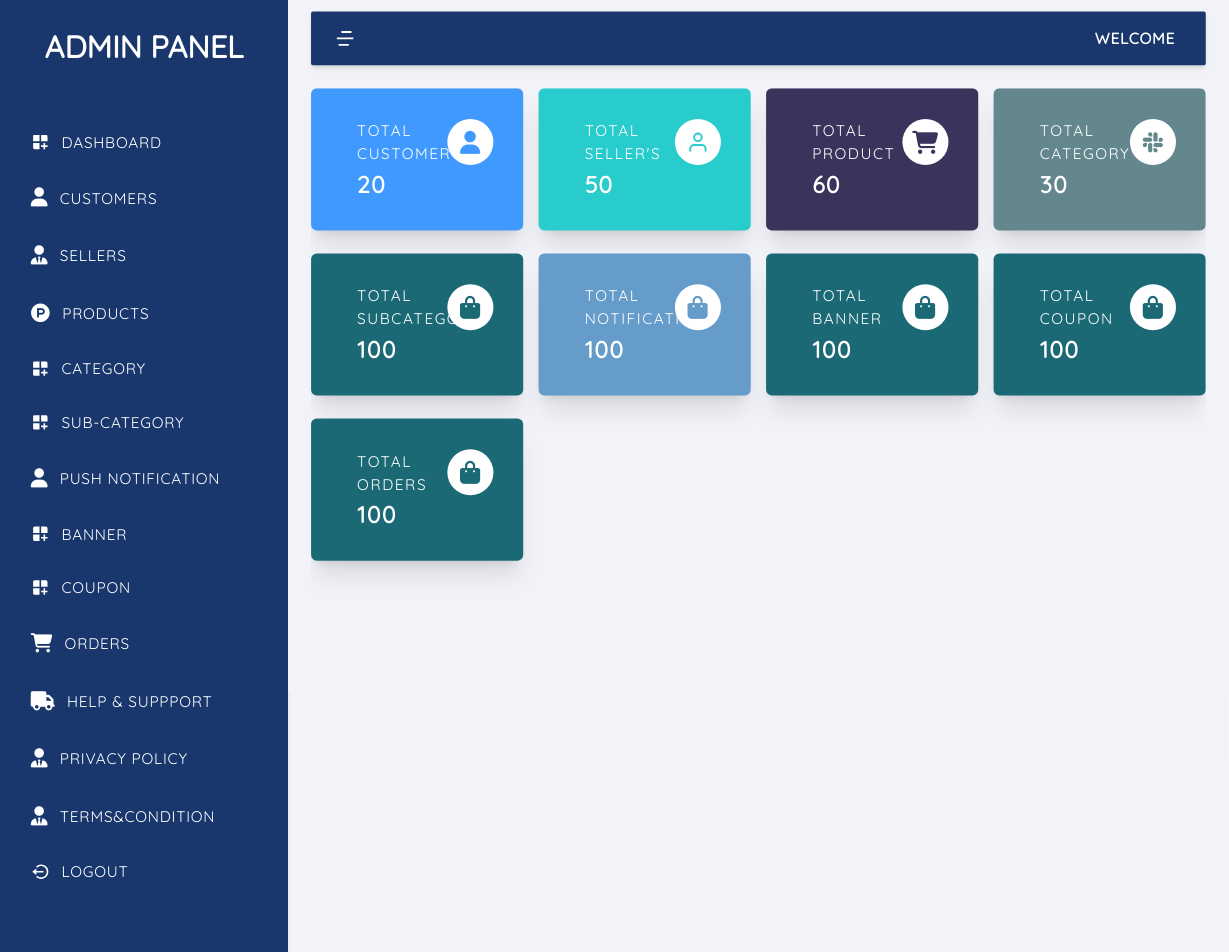
Repository: shishpal2000/admin.aschpro
Page: /dashboard
These files come from the project's save history. The page is drawn as it stood at one moment and after a run of saves; the edit follows.
The browser window is 1280 px wide. The pictures show the whole page, at 96% of full size.
Some web libraries are served in a nearby version. The project was rebuilt for these pictures with package versions that can differ from the ones it lists, and the page was loaded fresh each time. Also part of the build but not shown: src/E-CommerceAdmin/forms/Login.jsx, src/E-CommerceAdmin/pages/ECategory.js, src/E-CommerceAdmin/pages/EProduct.js, src/E-CommerceAdmin/pages/EVendorList.js, src/E-CommerceAdmin/pages/EAdminOrders.js, src/E-CommerceAdmin/pages/EAdminDelivery.js, src/E-CommerceAdmin/pages/EAdminCustomer.js, src/E-CommerceAdmin/pages/ESubCategory.js and 6 more. Imported but missing from the stored project, and not drawn on this page: src/E-CommerceAdmin/pages/Complaints, src/E-CommerceAdmin/pages/Component/SpinnerComp, src/E-CommerceAdmin/pages/EAdmin, src/E-CommerceAdmin/pages/EAdminProduct, src/E-CommerceAdmin/pages/ESingleProduct, src/E-CommerceAdmin/pages/GetMeThis, src/E-CommerceAdmin/pages/HelpSupport.

Above is the page before, as saved 2023-06-28 18:05:32.

After the next 5 saves:
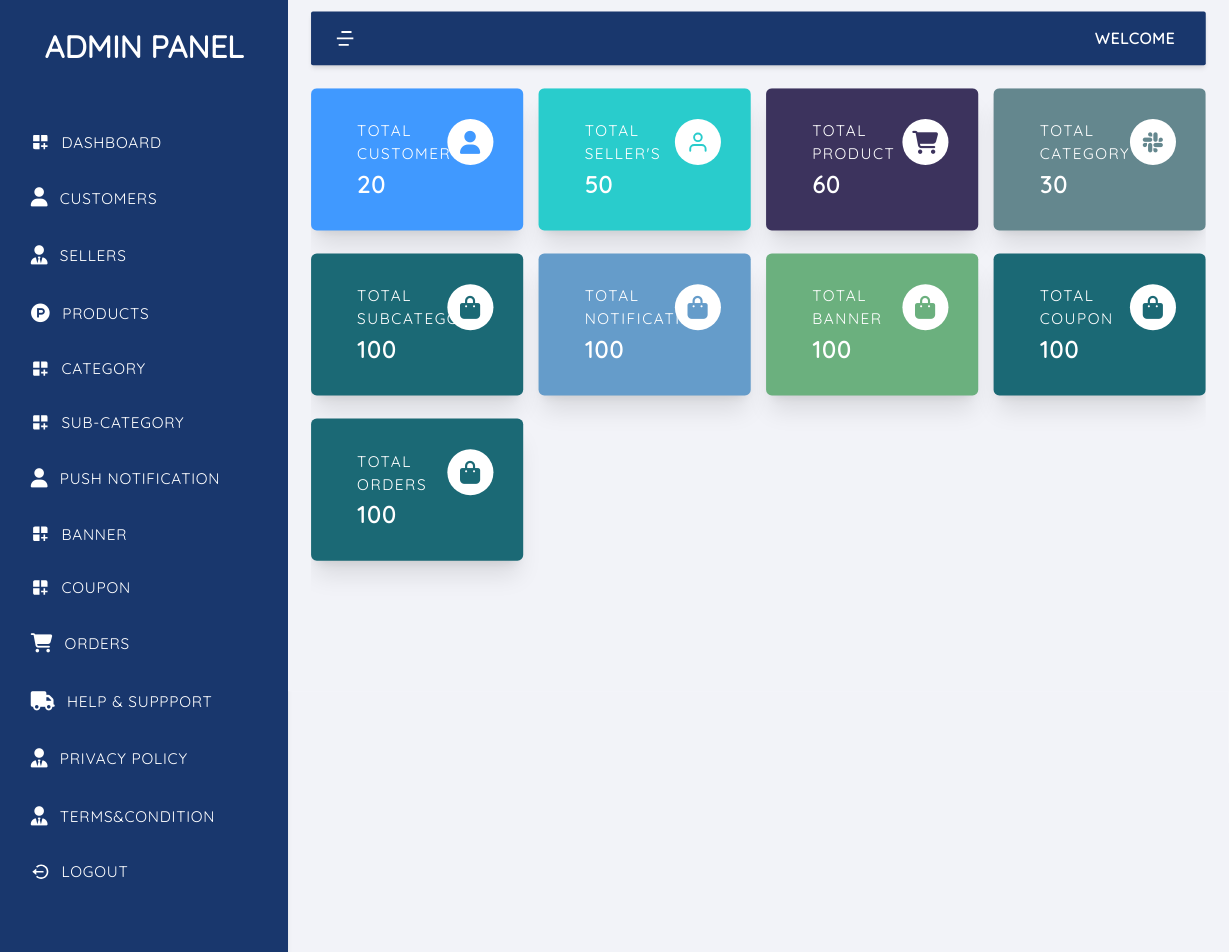
The 5 saves are shown as one change because they came seconds apart.
The last was saved 2 min 12 s later.
--- a/src/E-CommerceAdmin/pages/Dashboard.jsx
+++ b/src/E-CommerceAdmin/pages/Dashboard.jsx
@@ -73,9 +73,9 @@ const Dashboard = () => {
       title: "total Banner",
       number: 100,
       icon: (
-        <i className=" fa-solid fa-bag-shopping text-2xl text-[#1b6975]"></i>
+        <i className=" fa-solid fa-bag-shopping text-2xl text-[#6bb07e]"></i>
       ),
-      bg: "#1b6975",
+      bg: "#6bb07e",
       link: "/Orders",
     },
 
